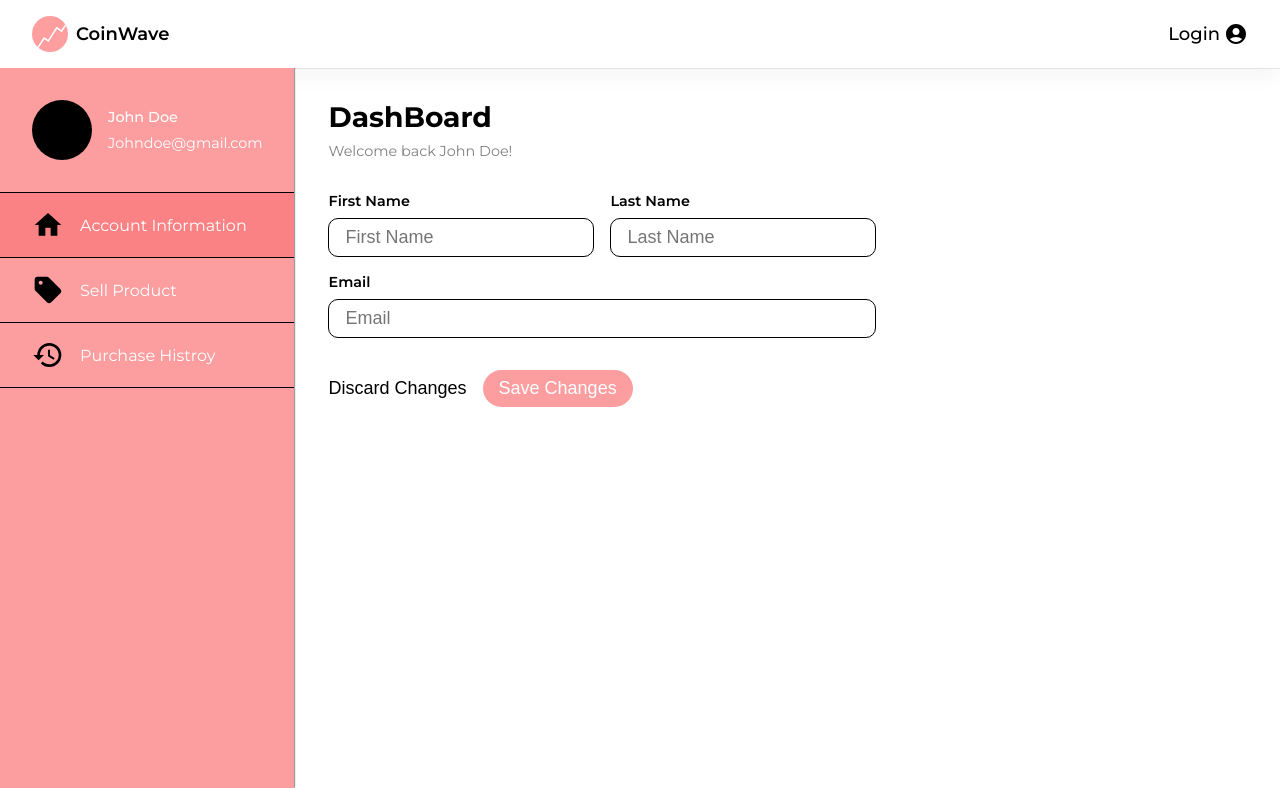
Repository: David-Waite/CoinWave
Page: /account
The author's editor kept a copy of each file at every save. The page is drawn from the files as they stood at one save, then again after the next save.
The browser window is 1280 px wide. The pictures show the whole page.
The project was rebuilt for these pictures with package versions that can differ from the ones it lists, and the page was loaded fresh each time. The framework's server and built-in components were replaced by stand-ins that run in the browser. Also part of the build but not shown: next.config.js, app/components/account/SellProduct/SellProduct.js, app/components/account/PurchaseHistory/PurchaseHistory.js.

Above is the page before, as saved 2023-08-16 11:33:10.

After the next save:
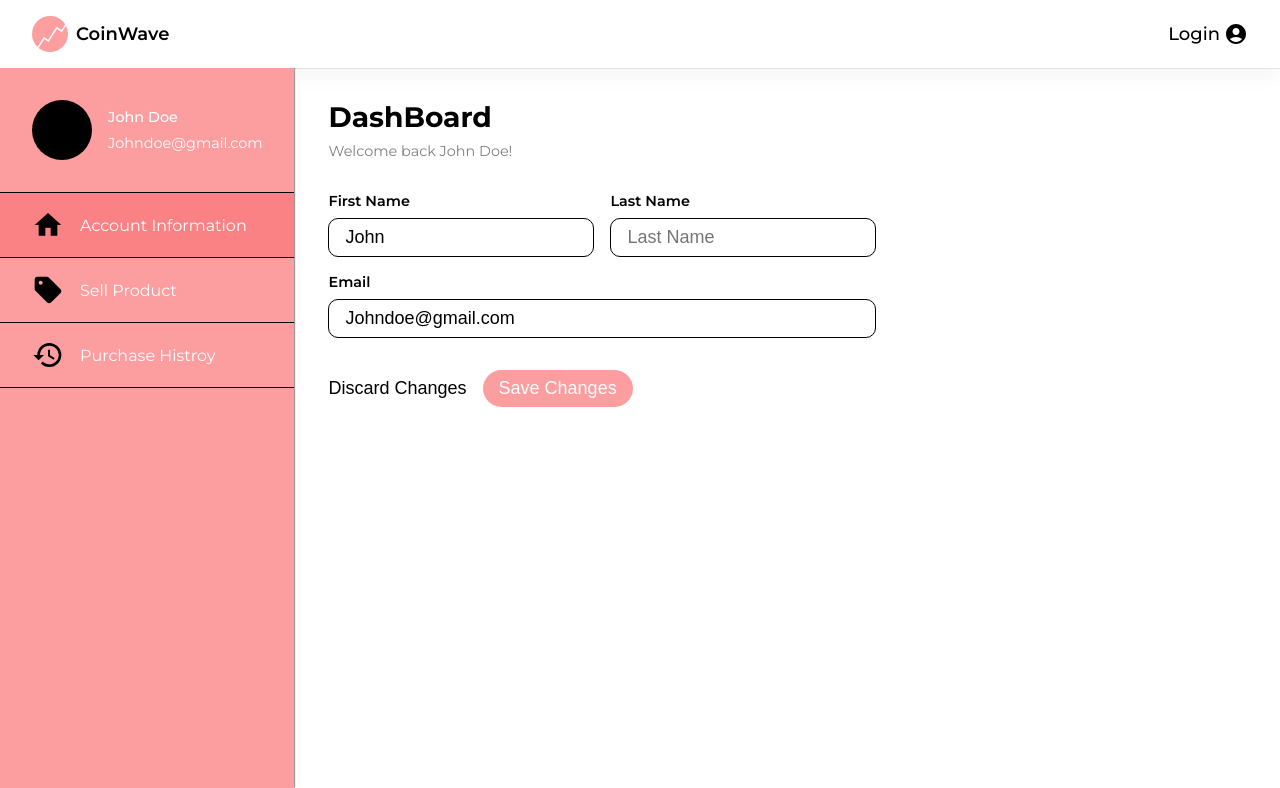
Saved 68 s later.
--- a/app/components/account/AccountInfomation/AccountInfomation.js
+++ b/app/components/account/AccountInfomation/AccountInfomation.js
@@ -6,9 +6,9 @@ import { MdSecurityUpdate } from "react-icons/md";
 
 export default function AccountInformation() {
   const [formData, setFormData] = useState({
-    firstName: "",
-    lastNameName: "",
-    email: "",
+    firstName: "John",
+    lastNameName: "Doe",
+    email: "Johndoe@gmail.com",
   });
 
   const router = useRouter();
